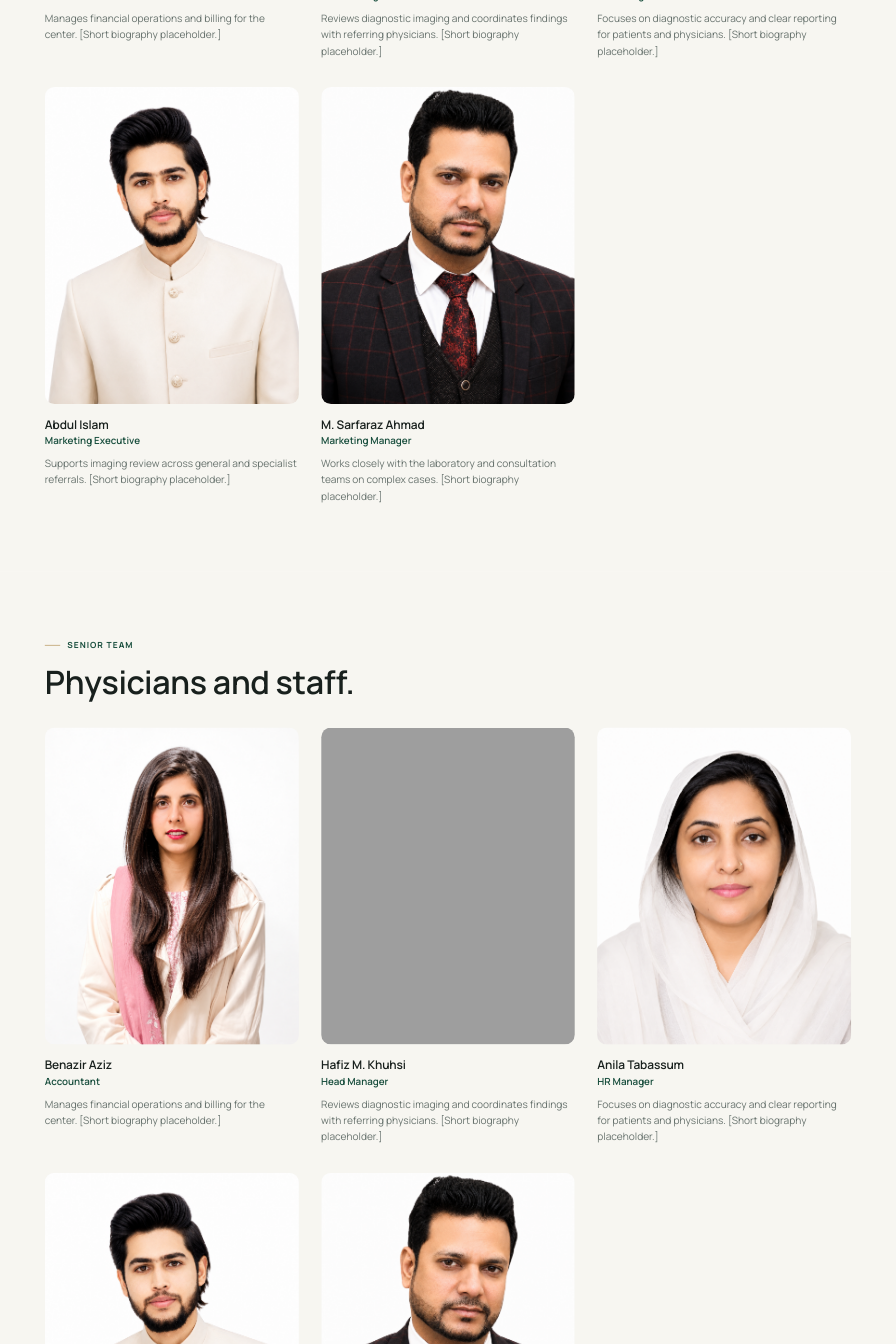
Repository: mraeesaziz45/al-farah
Page: team.html
The author's editor kept a copy of each file at every save. The page is drawn from the files as they stood at one save, then again after the next save.
The browser window is 1280 px wide. The pictures show the part of the page from y = 2065 to 3985 px (the page is 5321 px tall), at 70% of full size.
Pictures or frames that could not be fetched are drawn as grey boxes.

Above is the page before, as saved 2026-09-08 16:14:47.

### team.html
<!DOCTYPE html>
<html lang="en">
<head>
<meta charset="UTF-8">
<meta name="viewport" content="width=device-width, initial-scale=1.0">
<title>Team — Al-Farah Medical Center</title>
<meta name="description" content="Meet the physicians and staff of Al-Farah Medical Center, led by our Founder and Director.">
<meta property="og:title" content="Team — Al-Farah Medical Center">
<meta property="og:description" content="The people behind the care.">
<meta property="og:type" content="website">
<link rel="preconnect" href="https://fonts.googleapis.com">
<link rel="preconnect" href="https://fonts.gstatic.com" crossorigin>
<link href="https://fonts.googleapis.com/css2?family=Manrope:wght@400;500;600;700&family=DM+Serif+Display:ital@0;1&display=swap" rel="stylesheet">
<link rel="stylesheet" href="css/style.css">
</head>
<body>
<a href="#main" class="skip-link">Skip to content</a>

<header class="site-header">
  <div class="container header-inner">
    <a href="index.html" class="logo-link">
      <img src="assets/logo/logo-placeholder.svg" alt="Al-Farah Medical Center" width="180" height="52">
    </a>
    <nav class="main-nav" aria-label="Primary">
      <a href="index.html">Home</a>
      <a href="services.html">Services</a>
      <a href="team.html" aria-current="page">Team</a>
      <a href="about.html">About</a>
      <a href="contact.html">Contact</a>
    </nav>
    <div class="header-actions">
      <a href="contact.html" class="btn btn-primary header-cta-desktop">Book an Appointment</a>
      <button class="menu-toggle" aria-expanded="false" aria-controls="mobileMenu" aria-label="Open menu">
        <span class="bar"></span>
      </button>
    </div>
  </div>
</header>

<div class="mobile-menu" id="mobileMenu">
  <div class="mobile-menu-top">
    <img src="assets/logo/logo-placeholder.svg" alt="Al-Farah Medical Center" width="150" height="44">
    <button class="mobile-menu-close" aria-label="Close menu">
      <svg viewBox="0 0 24 24" fill="none" stroke="currentColor" stroke-width="1.6"><line x1="5" y1="5" x2="19" y2="19"/><line x1="19" y1="5" x2="5" y2="19"/></svg>
    </button>
  </div>
  <nav class="mobile-nav" aria-label="Mobile">
    <a href="index.html">Home</a>
    <a href="services.html">Services</a>
    <a href="team.html" aria-current="page">Team</a>
    <a href="about.html">About</a>
    <a href="contact.html">Contact</a>
  </nav>
  <div class="mobile-menu-cta">
    <a href="contact.html" class="btn btn-primary">Book an Appointment</a>
  </div>
</div>

<main id="main">

  <section class="page-hero dark bg-forest-deep">
    <div class="container">
      <p class="eyebrow" data-reveal>Our People</p>
      <h1 class="page-heading h1" data-reveal>The people behind the care.</h1>
      <p class="body-lg" data-reveal>Al-Farah is led by a small team of physicians and support staff who work together across consultation, diagnostics, and follow-up.</p>
    </div>
  </section>

  <section class="bg-white">
    <div class="container">
      <div class="team-feature">
        <div class="team-feature-media" data-reveal>
          <img src="assets/images/team/director-2.png" alt="Portrait of the Director, placeholder photograph" width="1200" height="1600" loading="lazy" decoding="async">
        </div>
        <div class="team-feature-content" data-reveal>
          <p class="eyebrow">Leadership</p>
          <h2 class="h2">M. Raees Aziz</h2>
          <span class="team-feature-role">Founder &amp; Director</span>
          <p>Dr. [Director Name] founded Al-Farah Medical Center with the intention of building a clinic where diagnosis and consultation received equal care — one where patients leave with answers, not just appointments.</p>
          <p>[Placeholder biography — medical background, areas of focus, and professional history to be supplied by the clinic.]</p>
        </div>
      </div>
    </div>
  </section>

  <section class="bg-cream">
    <div class="container">
      <div class="section-head team-section-label" data-reveal>
        <p class="eyebrow">Senior Team</p>
        <h2 class="h2">Management & Staff.</h2>
      </div>
      <div class="team-grid" data-reveal-group>
        <div class="team-card" data-reveal>
          <div class="team-card-media">
            <img src="assets/images/team/benazir.png" alt="Portrait placeholder for the clinic accountant" width="1000" height="1250" loading="lazy" decoding="async">
          </div>
          <h3 class="h4">Benazir Aziz</h3>
          <span class="role">Accountant</span>
          <p class="bio">Manages financial operations and billing for the center. [Short biography placeholder.]</p>
        </div>
        <div class="team-card" data-reveal>
          <div class="team-card-media">
            <img src="assets/images/team/hafiz-khuhsi.png" alt="Portrait placeholder for a radiologist" width="1000" height="1250" loading="lazy" decoding="async">
          </div>
          <h3 class="h4">Hafiz M. Khuhsi</h3>
          <span class="role">Head Manager</span>
          <p class="bio">Reviews diagnostic imaging and coordinates findings with referring physicians. [Short biography placeholder.]</p>
        </div>
        <div class="team-card" data-reveal>
          <div class="team-card-media">
            <img src="assets/images/team/aneela-tabassum.png" alt="Portrait placeholder for a radiologist" width="1000" height="1250" loading="lazy" decoding="async">
          </div>
          <h3 class="h4">Anila Tabassum</h3>
          <span class="role">HR Manager</span>
          <p class="bio">Focuses on diagnostic accuracy and clear reporting for patients and physicians. [Short biography placeholder.]</p>
        </div>
        <div class="team-card" data-reveal>
          <div class="team-card-media">
            <img src="assets/images/team/abdul-isalm.png" alt="Portrait placeholder for a radiologist" width="1000" height="1250" loading="lazy" decoding="async">
          </div>
          <h3 class="h4">Abdul Islam</h3>
          <span class="role">Marketing Executive</span>
          <p class="bio">Supports imaging review across general and specialist referrals. [Short biography placeholder.]</p>
        </div>
        <div class="team-card" data-reveal>
          <div class="team-card-media">
            <img src="assets/images/team/sarfaraz-ahmad.png" alt="Portrait placeholder for a radiologist" width="1000" height="1250" loading="lazy" decoding="async">
          </div>
          <h3 class="h4">M. Sarfaraz Ahmad</h3>
          <span class="role">Marketing Manager</span>
          <p class="bio">Works closely with the laboratory and consultation teams on complex cases. [Short biography placeholder.]</p>
        </div>
      </div>
    </div>
  </section>

  <section class="bg-cream">
    <div class="container">
      <div class="section-head team-section-label" data-reveal>
        <p class="eyebrow">Senior Team</p>
        <h2 class="h2">Physicians and staff.</h2>
      </div>
      <div class="team-grid" data-reveal-group>
        <div class="team-card" data-reveal>
          <div class="team-card-media">
            <img src="assets/images/team/benazir.png" alt="Portrait placeholder for the clinic accountant" width="1000" height="1250" loading="lazy" decoding="async">
          </div>
          <h3 class="h4">Benazir Aziz</h3>
          <span class="role">Accountant</span>
          <p class="bio">Manages financial operations and billing for the center. [Short biography placeholder.]</p>
        </div>
        <div class="team-card" data-reveal>
          <div class="team-card-media">
            <img src="assets/images/team/hafiz-khuhsi.png" alt="Portrait placeholder for a radiologist" width="1000" height="1250" loading="lazy" decoding="async">
          </div>
          <h3 class="h4">Hafiz M. Khuhsi</h3>
          <span class="role">Head Manager</span>
          <p class="bio">Reviews diagnostic imaging and coordinates findings with referring physicians. [Short biography placeholder.]</p>
        </div>
        <div class="team-card" data-reveal>
          <div class="team-card-media">
            <img src="assets/images/team/aneela-tabassum.png" alt="Portrait placeholder for a radiologist" width="1000" height="1250" loading="lazy" decoding="async">
          </div>
          <h3 class="h4">Anila Tabassum</h3>
          <span class="role">HR Manager</span>
          <p class="bio">Focuses on diagnostic accuracy and clear reporting for patients and physicians. [Short biography placeholder.]</p>
        </div>
        <div class="team-card" data-reveal>
          <div class="team-card-media">
            <img src="assets/images/team/abdul-isalm.png" alt="Portrait placeholder for a radiologist" width="1000" height="1250" loading="lazy" decoding="async">
          </div>
          <h3 class="h4">Abdul Islam</h3>
          <span class="role">Marketing Executive</span>
          <p class="bio">Supports imaging review across general and specialist referrals. [Short biography placeholder.]</p>
        </div>
        <div class="team-card" data-reveal>
          <div class="team-card-media">
            <img src="assets/images/team/sarfaraz-ahmad.png" alt="Portrait placeholder for a radiologist" width="1000" height="1250" loading="lazy" decoding="async">
          </div>
          <h3 class="h4">M. Sarfaraz Ahmad</h3>
          <span class="role">Marketing Manager</span>
          <p class="bio">Works closely with the laboratory and consultation teams on complex cases. [Short biography placeholder.]</p>
        </div>
      </div>
    </div>
  </section>

  <section class="cta-band bg-forest">
    <div class="container">
      <h2 class="h2" data-reveal>When your health matters, every detail matters.</h2>
      <p class="body-lg" data-reveal>Arrange a consultation with a member of the Al-Farah team.</p>
      <div class="cta-row" data-reveal>
        <a href="contact.html" class="btn btn-primary">Book an Appointment</a>
      </div>
    </div>
  </section>

</main>

<footer class="site-footer">
  <div class="container footer-grid">
    <div>
      <img src="assets/logo/logo-placeholder-light.svg" alt="Al-Farah Medical Center" class="footer-logo" width="170" height="50">
      <p class="footer-about">Al-Farah Medical Center provides trusted medical care with an emphasis on expertise, dignity, and patient-centered service.</p>
    </div>
    <div class="footer-col">
      <p class="footer-col-title">Navigation</p>
      <ul>
        <li><a href="index.html">Home</a></li>
        <li><a href="services.html">Services</a></li>
        <li><a href="team.html">Team</a></li>
        <li><a href="about.html">About</a></li>
        <li><a href="contact.html">Contact</a></li>
      </ul>
    </div>
    <div class="footer-col">
      <p class="footer-col-title">Services</p>
      <ul>
        <li><a href="services.html#radiology">Radiology</a></li>
        <li><a href="services.html#consultation">Consultation</a></li>
        <li><a href="services.html#laboratory">Diagnostics</a></li>
        <li><a href="services.html#specialist">Specialist Care</a></li>
      </ul>
    </div>
    <div class="footer-col">
      <p class="footer-col-title">Contact</p>
      <ul>
        <li>[Clinic Address Placeholder]</li>
        <li>[Phone Number Placeholder]</li>
        <li>[Email Address Placeholder]</li>
        <li>[Opening Hours Placeholder]</li>
      </ul>
    </div>
  </div>
  <div class="container footer-bottom">
    <p>&copy; 2026 Al-Farah Medical Center</p>
    <div class="footer-legal">
      <a href="#">Privacy Policy</a>
      <a href="#">Terms</a>
    </div>
  </div>
</footer>

<script src="js/main.js"></script>
</body>
</html>

Loaded but not shown: js/main.js (276 lines, source omitted); css/style.css (1057 lines, source omitted)

After the next save:
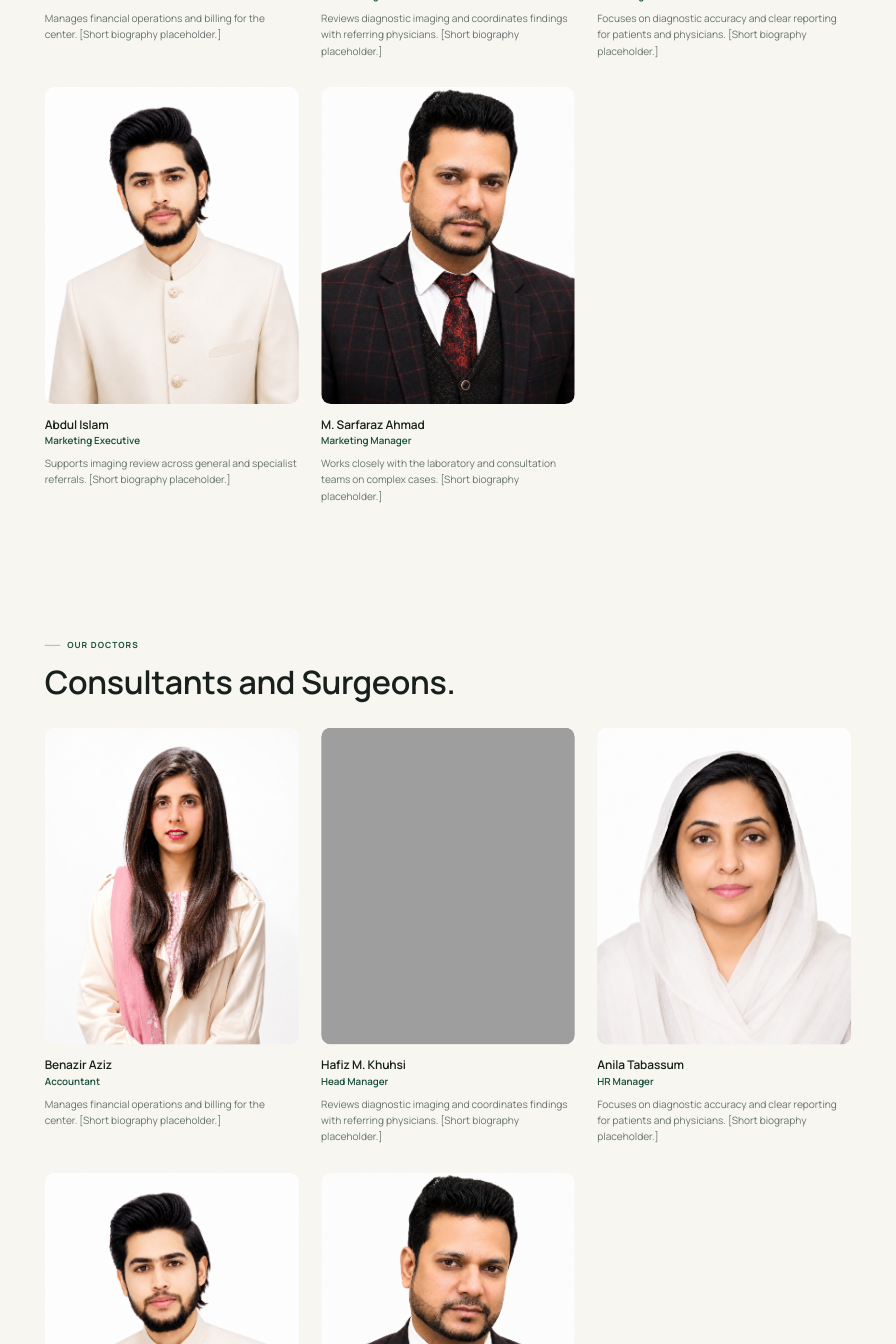
Saved 35 s later.
--- a/team.html
+++ b/team.html
@@ -137,8 +137,8 @@
   <section class="bg-cream">
     <div class="container">
       <div class="section-head team-section-label" data-reveal>
-        <p class="eyebrow">Senior Team</p>
-        <h2 class="h2">Physicians and staff.</h2>
+        <p class="eyebrow">Our Doctors</p>
+        <h2 class="h2">Consultants and Surgeons.</h2>
       </div>
       <div class="team-grid" data-reveal-group>
         <div class="team-card" data-reveal>
